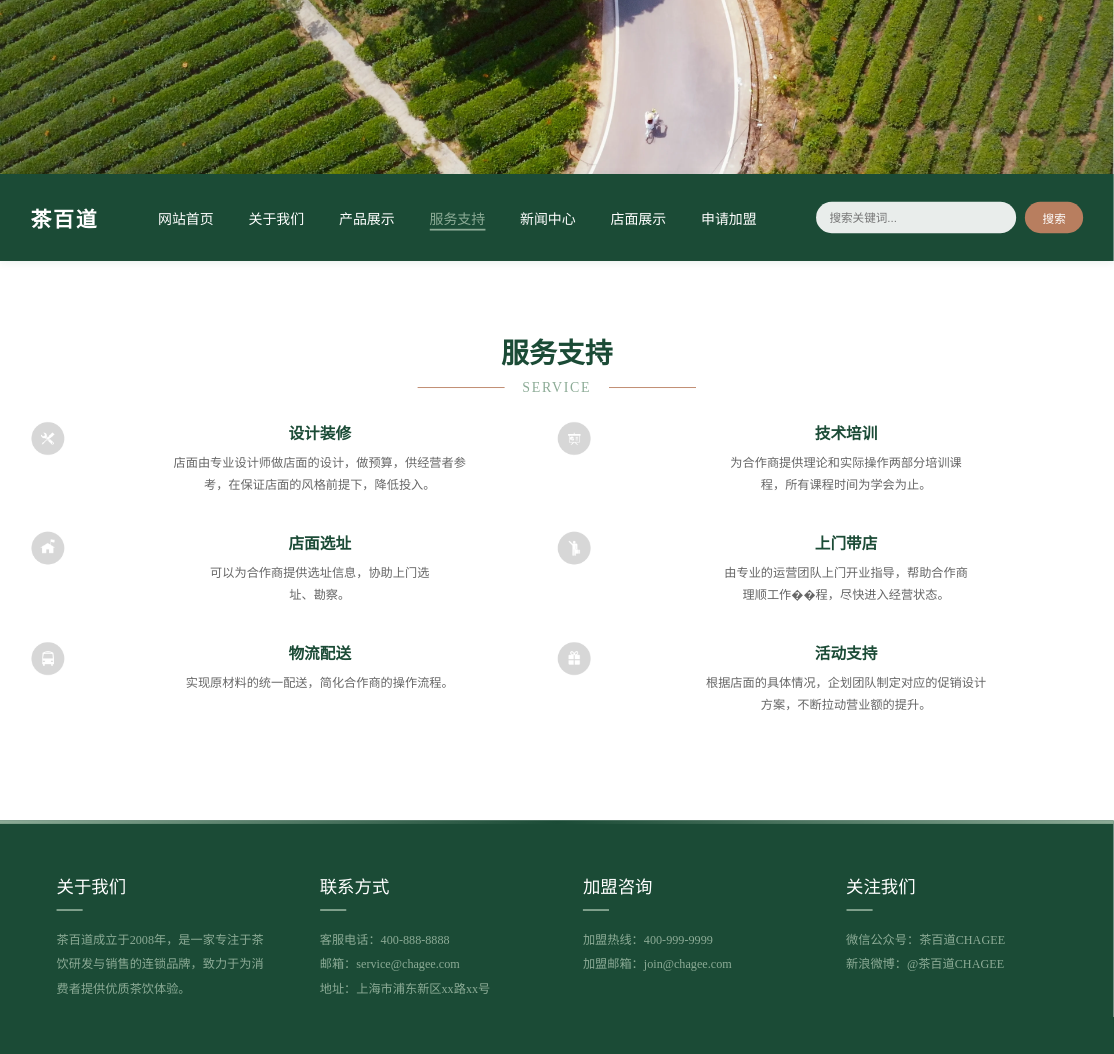
Repository: huang-heavenly-Emperor/chabaidao
Page: service.html
These files come from the project's save history. The page is drawn as it stood at one moment and after the next save; the edit follows.
The browser window is 1280 px wide. The pictures show the whole page, at 87% of full size.

Above is the page before, as saved 2024-12-14 02:05:48.

### service.html
<!DOCTYPE html>
<html lang="zh-CN">

<head>
  <meta charset="UTF-8">
  <meta name="viewport" content="width=device-width, initial-scale=1.0">
  <title>服务支持 - 茶百道</title>
  <link rel="stylesheet" href="css/common.css">
  <link rel="stylesheet" href="css/pages/service.css">
</head>

<body>
  <div class="container">
    <!-- 头部区域 -->
    <header class="header">
      <div class="top-banner">
        <img src="./images/common/header-bg.webp" alt="顶部横幅">
      </div>
      <nav class="nav">
        <div class="nav-content">
          <div class="logo">
            <h1>茶百道</h1>
          </div>
          <ul class="nav-list">
            <li><a href="index.html">网站首页</a></li>
            <li><a href="about.html">关于我们</a></li>
            <li><a href="products.html">产品展示</a></li>
            <li><a href="service.html" class="active">服务支持</a></li>
            <li><a href="news.html">新闻中心</a></li>
            <li><a href="store-display.html">店面展示</a></li>
            <li><a href="join.html">申请加盟</a></li>
          </ul>
          <div class="search">
            <input type="text" placeholder="搜索关键词...">
            <button type="button">搜索</button>
          </div>
        </div>
      </nav>
    </header>

    <!-- 主要内容 -->
    <div class="main">
      <div class="section-title">
        <h2>服务支持</h2>
        <div class="en-title">SERVICE</div>
      </div>

      <div class="service-content">
        <ul class="service-left">
          <li class="dian1">
            <h3>设计装修</h3>
            <span>店面由专业设计师做店面的设计，做预算，供经营者参<br>考，在保证店面的风格前提下，降低投入。</span>
          </li>
          <li class="dian2">
            <h3>店面选址</h3>
            <span>可以为合作商提供选址信息，协助上门选<br>址、勘察。</span>
          </li>
          <li class="dian3">
            <h3>物流配送</h3>
            <span>实现原材料的统一配送，简化合作商的操作流程。</span>
          </li>
        </ul>

        <ul class="service-right">
          <li class="dian4">
            <h3>技术培训</h3>
            <span>为合作商提供理论和实际操作两部分培训课<br>程，所有课程时间为学会为止。</span>
          </li>
          <li class="dian5">
            <h3>上门带店</h3>
            <span>由专业的运营团队上门开业指导，帮助合作商<br>理顺工作��程，尽快进入经营状态。</span>
          </li>
          <li class="dian6">
            <h3>活动支持</h3>
            <span>根据店面的具体情况，企划团队制定对应的促销设计<br>方案，不断拉动营业额的提升。</span>
          </li>
        </ul>
      </div>
    </div>

    <!-- 底部区域 -->
    <footer class="footer">
      <div class="footer-content">
        <div class="footer-section">
          <h3>关于我们</h3>
          <p>茶百道成立于2008年，是一家专注于茶饮研发与销售的连锁品牌，致力于为消费者提供优质茶饮体验。</p>
        </div>
        <div class="footer-section">
          <h3>联系方式</h3>
          <p>客服电话：400-888-8888</p>
          <p>邮箱：service@chagee.com</p>
          <p>地址：上海市浦东新区xx路xx号</p>
        </div>
        <div class="footer-section">
          <h3>加盟咨询</h3>
          <p>加盟热线：400-999-9999</p>
          <p>加盟邮箱：join@chagee.com</p>
        </div>
        <div class="footer-section">
          <h3>关注我们</h3>
          <p>微信公众号：茶百道CHAGEE</p>
          <p>新浪微博：@茶百道CHAGEE</p>
        </div>
      </div>
    </footer>

    <!-- 返回顶部按钮 -->
    <div class="back-top" title="返回顶部"></div>
  </div>
  <script src="js/back-to-top.js"></script>
</body>

</html>

### css/common.css
/* 默认样式重置 */
* {
    margin: 0;
    padding: 0;
}

body {
    font-size: 16px;
    color: #333;
    background: #fff;
}

img {
    border: none;
}

ul,
li {
    list-style: none;
}

a {
    text-decoration: none;
    color: #333;
}

h1,
h2,
h3,
h4,
h5,
h6 {
    font-weight: normal;
}

.container {
    width: 100%;
    min-width: 1210px;
    margin: 0 auto;
}

/* 通用标题样式 */
.section-title {
    text-align: center;
    padding: 50px 0 30px;
    position: relative;
    display: flex;
    align-items: center;
    justify-content: center;
    flex-direction: column;
}

.section-title h2 {
    font-size: 32px;
    color: #1B4B36;
    margin-bottom: 10px;
    font-weight: bold;
}

.section-title .en-title {
    color: #8CAB96;
    font-size: 16px;
    letter-spacing: 2px;
    text-transform: uppercase;
    position: relative;
    display: flex;
    align-items: center;
    padding: 0 20px;
}

.section-title .en-title:before,
.section-title .en-title:after {
    content: '';
    height: 1px;
    width: 100px;
    background: #B87E5F;
    margin: 0 20px;
}

/* 调整各个部分的标题内边距 */
.about-section .section-title,
.story-section .section-title,
.advantage-section .section-title,
.products-section .section-title,
.news-section .section-title,
.join-section .section-title {
    padding-top: 0;
}



/* 头部样式 */
.header {
    width: 100%;
}

.top-banner {
    width: 100%;
    height: 200px;
    overflow: hidden;
}

.top-banner img {
    width: 100%;
    height: 100%;
    object-fit: cover;
}

.nav {
    width: 100%;
    height: 100px;
    background: #1B4B36;
    position: sticky;
    top: 0;
    z-index: 100;
    box-shadow: 0 2px 10px rgba(27, 75, 54, 0.1);
}

.nav-content {
    width: 1210px;
    margin: 0 auto;
    display: flex;
    justify-content: space-between;
    align-items: center;
    height: 100%;
}

.logo {
    color: #fff;
}

.logo h1 {
    font-size: 24px;
    font-weight: bold;
    letter-spacing: 2px;
}

.nav-list {
    display: flex;
    list-style: none;
}

.nav-list li a {
    color: #fff;
    text-decoration: none;
    padding: 0 20px;
    font-size: 16px;
    transition: all 0.3s;
    position: relative;
}

.nav-list li a:hover,
.nav-list li a.active {
    color: #8CAB96;
}

.nav-list li a:after {
    content: '';
    position: absolute;
    bottom: -5px;
    left: 50%;
    transform: translateX(-50%);
    width: 0;
    height: 2px;
    background: #8CAB96;
    transition: width 0.3s;
}

.nav-list li a:hover:after,
.nav-list li a.active:after {
    width: calc(100% - 40px);
}

.nav-list li a.active {
    font-weight: 500;
}

.search {
    display: flex;
    align-items: center;
}

.search input {
    width: 200px;
    height: 36px;
    padding: 0 15px;
    border: none;
    border-radius: 18px;
    outline: none;
    background: rgba(255, 255, 255, 0.9);
}

.search button {
    height: 36px;
    padding: 0 20px;
    margin-left: 10px;
    border: none;
    border-radius: 18px;
    background: #B87E5F;
    color: #fff;
    cursor: pointer;
    transition: background 0.3s;
}

.search button:hover {
    background: #9a6547;
}

/* 底部样式 */
.footer {
    background: #1B4B36;
    padding: 60px 0;
    margin-top: 50px;
    position: relative;
}

.footer:before {
    content: '';
    position: absolute;
    top: 0;
    left: 0;
    width: 100%;
    height: 4px;
    background: linear-gradient(90deg, #8CAB96, #1B4B36, #8CAB96);
}

.footer-content {
    width: 1210px;
    margin: 0 auto;
    display: flex;
    justify-content: space-between;
}

.footer-section {
    flex: 1;
    padding: 0 30px;
}

.footer-section h3 {
    color: #fff;
    font-size: 20px;
    margin-bottom: 20px;
    position: relative;
    padding-bottom: 15px;
}

.footer-section h3:after {
    content: '';
    position: absolute;
    bottom: 0;
    left: 0;
    width: 30px;
    height: 2px;
    background: #8CAB96;
    transition: width 0.3s;
}

.footer-section:hover h3:after {
    width: 50px;
}

.footer-section p {
    color: #8CAB96;
    line-height: 2;
    font-size: 14px;
}

/* 返回顶部按钮 */
.back-top {
    position: fixed;
    right: 40px;
    bottom: 40px;
    width: 50px;
    height: 50px;
    background: #b87e5f;
    color: #fff;
    text-align: center;
    line-height: 50px;
    border-radius: 50%;
    cursor: pointer;
    transition: all 0.3s;
    opacity: 0;
    visibility: hidden;
    z-index: 999;
    font-size: 20px;
    box-shadow: 0 2px 10px rgba(0, 0, 0, 0.1);
}

.back-top:hover {
    background: #9a6547;
    transform: translateY(-5px);
}

.back-top.show {
    opacity: 1;
    visibility: visible;
}

.back-top:after {
    content: '↑';
    display: block;
    color: #fff;
    font-size: 20px;
    line-height: 50px;
}

### css/pages/service.css
/* 主要内容 */
.main {
    width: 1210px;
    margin: 0 auto;
    padding: 30px 0;
}

/* 服务内容 */
.service-content {
    width: 100%;
    overflow: hidden;
}

.service-left,
.service-right {
    width: 50%;
    float: left;
    text-align: center;
}

/* 服务项目样式 */
.service-left li,
.service-right li {
    margin-bottom: 40px;
    padding-left: 60px;
    position: relative;
    min-height: 50px;
}

/* 图标样式 */
.dian1,
.dian2,
.dian3,
.dian4,
.dian5,
.dian6 {
    background-repeat: no-repeat;
    background-position: left top;
    background-size: 40px;
}

.dian1 {
    background-image: url('../../images/service/dian1.png');
}

.dian2 {
    background-image: url('../../images/service/hdian2.png');
}

.dian3 {
    background-image: url('../../images/service/dian3.png');
}

.dian4 {
    background-image: url('../../images/service/dian4.png');
}

.dian5 {
    background-image: url('../../images/service/dian5.png');
}

.dian6 {
    background-image: url('../../images/service/dian6.png');
}

/* 文字样式 */
.service-left li h3,
.service-right li h3 {
    font-size: 18px;
    color: #1B4B36;
    margin-bottom: 10px;
    font-weight: bold;
}

.service-left li span,
.service-right li span {
    color: #666;
    line-height: 1.8;
    font-size: 14px;
    display: block;
}

### js/back-to-top.js
// 获取返回顶部按钮元素
var backTop = document.querySelector('.back-top');

// 监听滚动事件
window.addEventListener('scroll', function() {
    // 当页面滚动超过300px时显示按钮
    if (window.pageYOffset > 300) {
        backTop.classList.add('show');
    } else {
        backTop.classList.remove('show');
    }
});

// 点击返回顶部
backTop.addEventListener('click', function() {
    // 平滑滚动到顶部
    window.scrollTo({
        top: 0,
        behavior: 'smooth'
    });
});

After the next save:
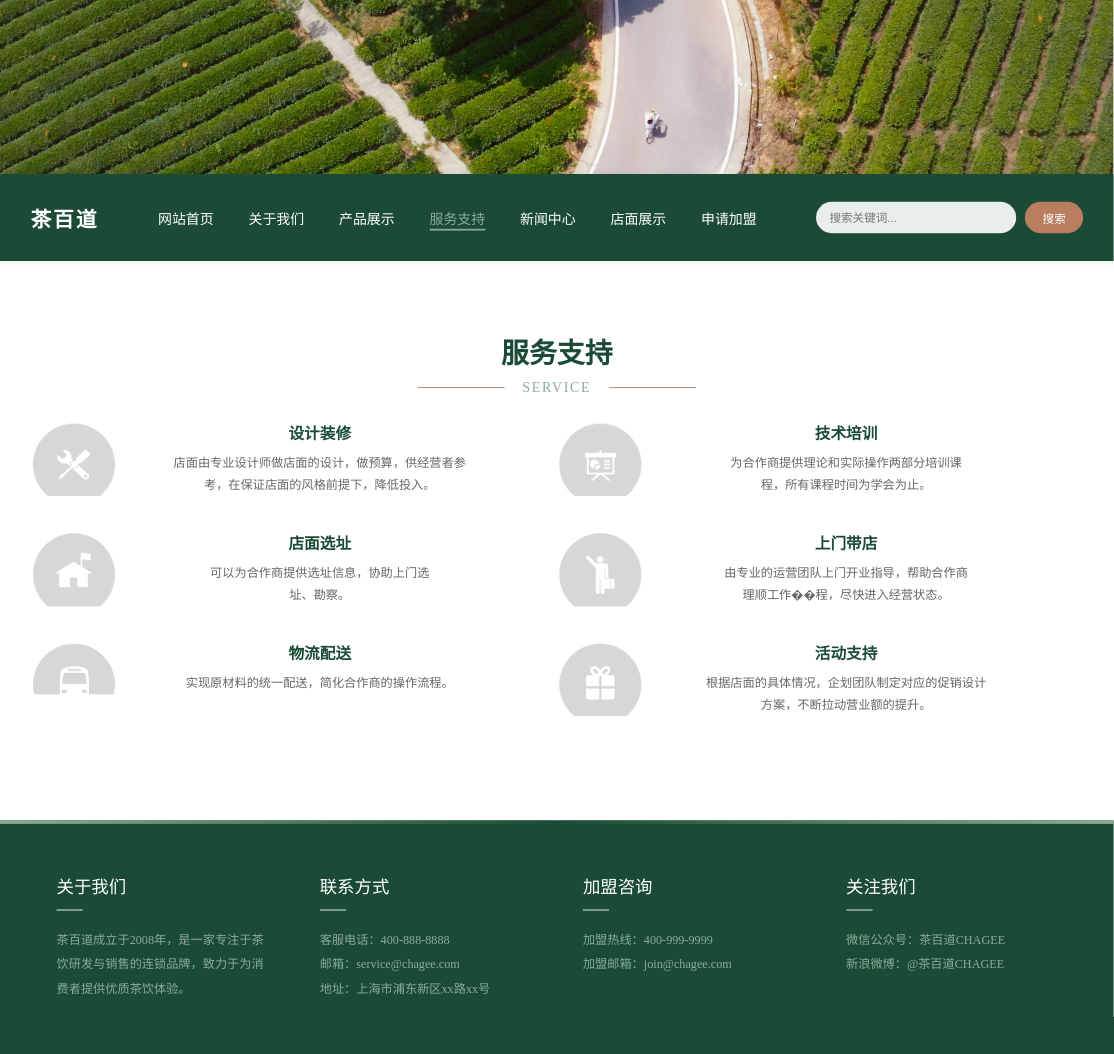
Saved 27 s later.
--- a/css/pages/service.css
+++ b/css/pages/service.css
@@ -36,7 +36,7 @@
 .dian6 {
     background-repeat: no-repeat;
     background-position: left top;
-    background-size: 40px;
+    background-size: 100px;
 }
 
 .dian1 {
